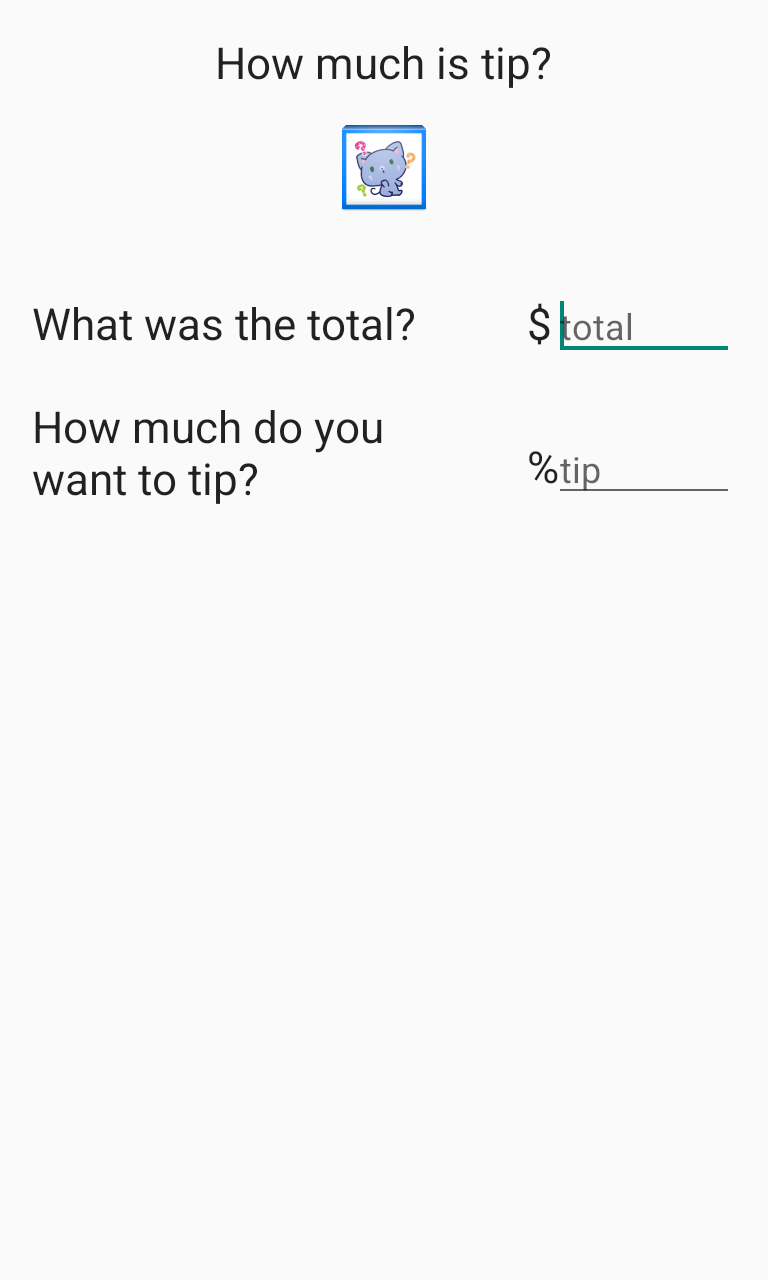
Repository: any027/BillHelper
Layout: BillHelper/res/layout/how_much_tip.xml
An editor plug-in stored every save of this project. The layout is shown before and after the next save, followed by the edit.
It is drawn on a 768 x 1280 px phone screen (xhdpi) without system bars, with theme AppTheme; the app's code is not run.

Above is the layout before, as saved 2015-06-29 08:45:00.

### BillHelper/res/layout/how_much_tip.xml

<RelativeLayout xmlns:android="http://schemas.android.com/apk/res/android"
    xmlns:tools="http://schemas.android.com/tools"
    android:layout_width="match_parent"
    android:layout_height="match_parent"
    android:paddingBottom="@dimen/activity_vertical_margin"
    android:paddingLeft="@dimen/activity_horizontal_margin"
    android:paddingRight="@dimen/activity_horizontal_margin"
    android:paddingTop="@dimen/activity_vertical_margin"
    tools:context="com.example.billhelper.MainActivity$PlaceholderFragment" >

    <TextView
        android:id="@+id/howMuchTitle"
        android:layout_width="wrap_content"
        android:layout_height="wrap_content"
        android:layout_centerHorizontal="true"
        android:text="@string/do_i_tip"
        android:textAppearance="?android:attr/textAppearanceLarge" />

    <ImageView
        android:id="@+id/how_much_pic"
        android:layout_width="wrap_content"
        android:layout_height="wrap_content"
        android:layout_below="@+id/howMuchTitle"
        android:layout_centerHorizontal="true"
        android:layout_marginTop="14dp"
        android:src="@drawable/how_much_tip" />

    <EditText
        android:id="@+id/how_much_total"
        android:layout_width="wrap_content"
        android:layout_height="wrap_content"
        android:layout_below="@+id/how_much_pic"
        android:layout_marginTop="33dp"
        android:layout_toRightOf="@+id/howMuchTitle"
        android:ems="10"
        android:hint="total"
        android:inputType="numberDecimal" >

        <requestFocus />
    </EditText>

    <TextView
        android:id="@+id/textView1"
        android:layout_width="wrap_content"
        android:layout_height="wrap_content"
        android:layout_alignBaseline="@+id/how_much_total"
        android:layout_alignBottom="@+id/how_much_total"
        android:layout_toLeftOf="@+id/how_much_total"
        android:text="$"
        android:textAppearance="?android:attr/textAppearanceLarge" />

    <TextView
        android:id="@+id/billQuestion"
        android:layout_width="wrap_content"
        android:layout_height="wrap_content"
        android:layout_alignBaseline="@+id/textView1"
        android:layout_alignBottom="@+id/textView1"
        android:layout_alignParentLeft="true"
        android:text="@string/bill_total"
        android:textAppearance="?android:attr/textAppearanceLarge" />

    <TextView
        android:id="@+id/textView2"
        android:layout_width="wrap_content"
        android:layout_height="wrap_content"
        android:layout_alignLeft="@+id/billQuestion"
        android:layout_alignRight="@+id/billQuestion"
        android:layout_below="@+id/how_much_total"
        android:layout_marginTop="16dp"
        android:text="@string/percent_tip"
        android:textAppearance="?android:attr/textAppearanceLarge" />

    <EditText
        android:id="@+id/editText1"
        android:layout_width="wrap_content"
        android:layout_height="wrap_content"
        android:layout_alignBottom="@+id/textView2"
        android:layout_alignLeft="@+id/how_much_total"
        android:layout_alignParentRight="true"
        android:ems="10"
        android:inputType="number"
        android:hint="tip" />

    <TextView
        android:id="@+id/TextView01"
        android:layout_width="wrap_content"
        android:layout_height="wrap_content"
        android:layout_alignBaseline="@+id/editText1"
        android:layout_alignBottom="@+id/editText1"
        android:layout_alignLeft="@+id/textView1"
        android:text="%"
        android:textAppearance="?android:attr/textAppearanceLarge" />

</RelativeLayout>

### BillHelper/res/values/strings.xml
<?xml version="1.0" encoding="utf-8"?>
<resources>

    <string name="app_name">Bill helper</string>
    <string name="title_section1">Home Screen</string>
    <string name="title_section2">How much do I tip?</string>
    <string name="title_section3">How much did I tip?</string>
    <string name="title_section4">I want to split the Bill</string>
    <string name="navigation_drawer_open">Open navigation drawer</string>
    <string name="navigation_drawer_close">Close navigation drawer</string>
    <string name="action_example">Example action</string>
    <string name="action_settings">Settings</string>
    <string name="welcome">Welcome to Bill Helper!</string>
    <string name="welcome_question">What do you need help with?</string>
    <string name="did_i_tip">How much did I tip?</string>
    <string name="do_i_tip">How much is tip?</string>
    <string name="splitting">I want to split the bill</string>
    <string name="bill_total">What was the total?</string>
    <string name="percent_tip">How much do you want to tip?</string>

</resources>

Loaded but not shown: BillHelper/res/values/styles.xml (common file); BillHelper/res/values-v11/styles.xml (common file); BillHelper/res/values-v14/styles.xml (common file); BillHelper/res/values/dimens.xml (common file); BillHelper/res/values-w820dp/dimens.xml (common file)

After the next save:
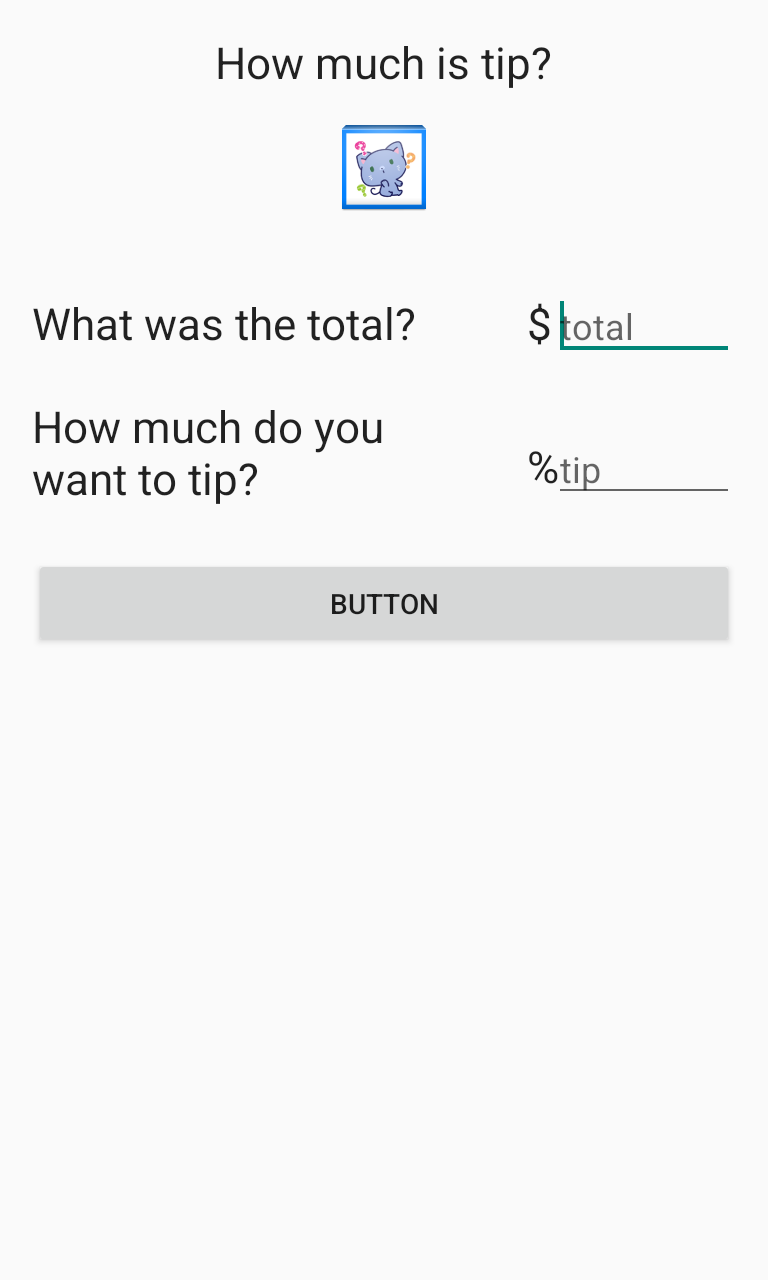
Saved 35 s later.
--- a/BillHelper/res/layout/how_much_tip.xml
+++ b/BillHelper/res/layout/how_much_tip.xml
@@ -92,4 +92,14 @@
         android:text="%"
         android:textAppearance="?android:attr/textAppearanceLarge" />
 
+    <Button
+        android:id="@+id/button1"
+        android:layout_width="wrap_content"
+        android:layout_height="wrap_content"
+        android:layout_alignLeft="@+id/textView2"
+        android:layout_alignRight="@+id/editText1"
+        android:layout_below="@+id/textView2"
+        android:layout_marginTop="24dp"
+        android:text="Button" />
+
 </RelativeLayout>
